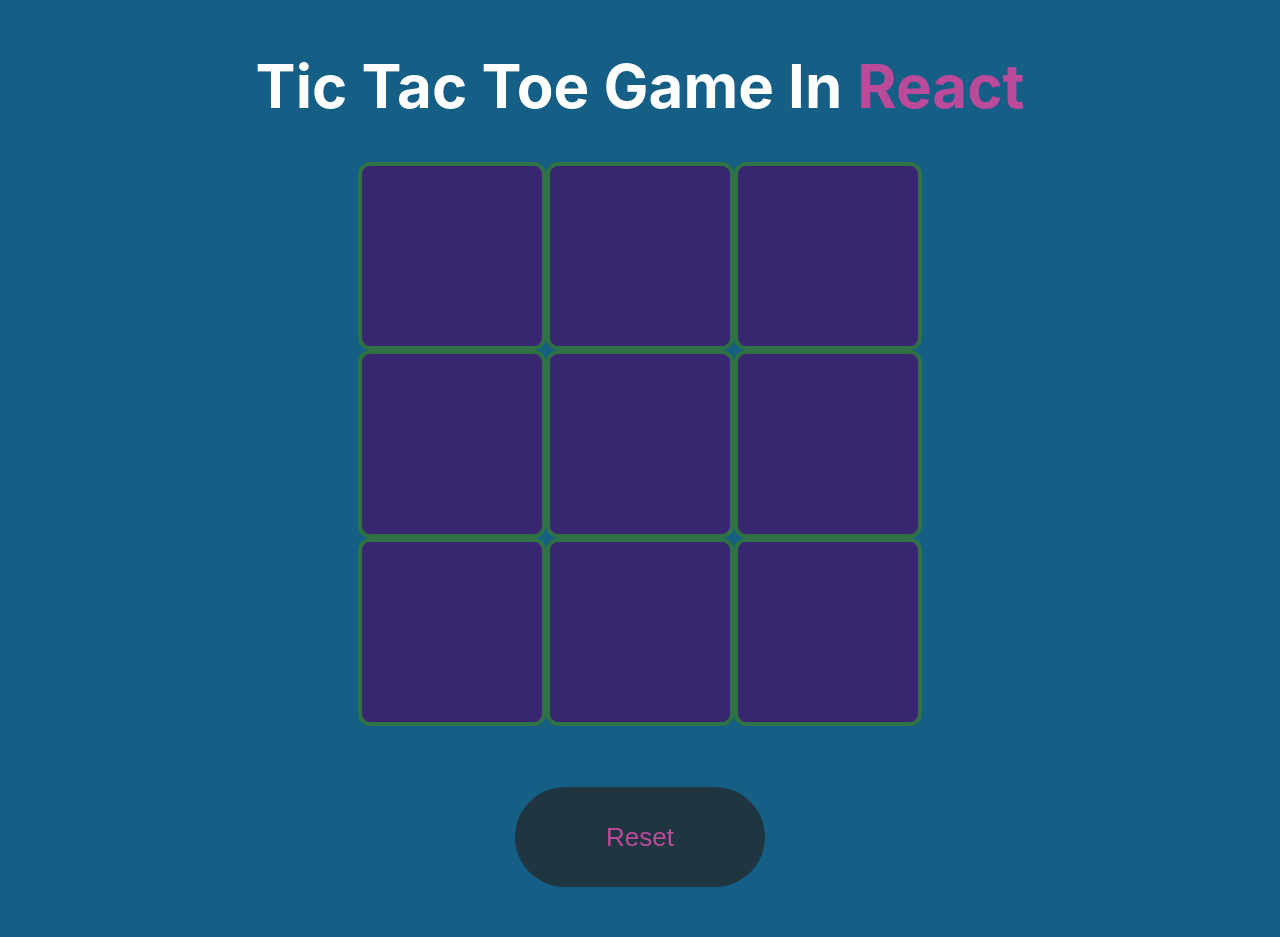
Repository: GigaByte6610/TicTacToe
Page: /
The author's editor kept a copy of each file at every save. The page is drawn from the files as they stood at one save, then again after the next save.
The browser window is 1280 px wide. The pictures show the whole page.
The project was rebuilt for these pictures with package versions that can differ from the ones it lists, and the page was loaded fresh each time. Also part of the build but not shown: src/App.css.

Above is the page before, as saved 2025-02-01 07:18:51.

### public/index.html
<!DOCTYPE html>
<html lang="en">

<head>
    <meta charset="utf-8" />
    <link rel="icon" href="%PUBLIC_URL%/favicon.ico" />
    <meta name="viewport" content="width=device-width, initial-scale=1" />
    <meta name="theme-color" content="#000000" />
    <meta name="description" content="Web site created using create-react-app" />
    <link rel="apple-touch-icon" href="%PUBLIC_URL%/logo192.png" />
    <!--
      manifest.json provides metadata used when your web app is installed on a
      user's mobile device or desktop. See https://developers.google.com/web/fundamentals/web-app-manifest/
    -->
    <link rel="manifest" href="%PUBLIC_URL%/manifest.json" />
    <!--
      Notice the use of %PUBLIC_URL% in the tags above.
      It will be replaced with the URL of the `public` folder during the build.
      Only files inside the `public` folder can be referenced from the HTML.

      Unlike "/favicon.ico" or "favicon.ico", "%PUBLIC_URL%/favicon.ico" will
      work correctly both with client-side routing and a non-root public URL.
      Learn how to configure a non-root public URL by running `npm run build`.
    -->
    <title>TicTacToe</title>
</head>

<body>
    <noscript>You need to enable JavaScript to run this app.</noscript>
    <div id="root"></div>
    <!--
      This HTML file is a template.
      If you open it directly in the browser, you will see an empty page.

      You can add webfonts, meta tags, or analytics to this file.
      The build step will place the bundled scripts into the <body> tag.

      To begin the development, run `npm start` or `yarn start`.
      To create a production bundle, use `npm run build` or `yarn build`.
    -->
</body>

</html>

### src/index.css
body {
    margin: 0;
    font-family: -apple-system, BlinkMacSystemFont, 'Segoe UI', 'Roboto', 'Oxygen', 'Ubuntu', 'Cantarell', 'Fira Sans', 'Droid Sans', 'Helvetica Neue', sans-serif;
    -webkit-font-smoothing: antialiased;
    -moz-osx-font-smoothing: grayscale;
    background: #155f87;
}

code {
    font-family: source-code-pro, Menlo, Monaco, Consolas, 'Courier New', monospace;
}

### src/App.js
import './App.css';
import TicTacToe from './Components/TicTacToe/TicTacToe'; // Ensure the path is correct


function App() {
    return ( <
        div >
        <
        TicTacToe / >
        <
        /div>
    );

}

export default App;

### src/Components/TicTacToe/TicTacToe.jsx
import React, { useRef, useState,useEffect} from 'react'
import './TicTacToe.css'

import cross from '../Assets/cross.png';
import circle from '../Assets/circle.png';


const TicTacToe = () => {
    let [count,setCount]=useState(0);
    let[lock,setLock]=useState(false);
    let titleRef=useRef(null);
    const [data, setData] = useState(["", "", "", "", "", "", "", "", ""]);
    useEffect(() => {
        checkWin();
    }, [data]);
    const toggle = (e,num)=>{
        if(lock){
            return 0;
    }
    let newData = [...data];
    if(count%2===0){
        e.target.innerHtml=`<img src="${cross}" />`;
        newData[num]="X";
        setCount(++count);

    }
    else{
        e.target.innerHtml=`<img src="${circle}" />`;
        newData[num]="0";
        setCount(++count);
    }
    setData(newData);


}
const checkWin=()=>{
    if(data[0]===data[1] && data[1]===data[2] && data[2]!==""){
        won(data[2]);
    }
    else if(data[3]===data[4] && data[4]===data[5] && data[5]!==""){
        won(data[5]);
    }
    else if(data[6]===data[7] && data[7]===data[8] && data[8]!==""){
        won(data[8]);
    }
    else if(data[0]===data[3] && data[3]===data[6] && data[6]!==""){
        won(data[6]);
    }
    else if(data[1]===data[4] && data[4]===data[7] && data[7]!==""){
        won(data[7]);
    }


    else if(data[2]===data[5] && data[5]===data[8] && data[8]!==""){
        won(data[8]);
    }

    else if(data[0]===data[4] && data[4]===data[8] && data[8]!==""){
        won(data[8]);
    }

    else if(data[0]===data[1] && data[1]===data[2] && data[2]!==""){
        won(data[2]);
    }
    else if(data[2]===data[4] && data[4]===data[6] && data[6]!==""){
        won(data[6]);
    }

}
const won=(winner)=>{
    setLock(true);
    if(winner==="X"){
        titleRef.current.innerHTML=`Congratulations :<img src=${cross} /> Won`;
    }
    else
    {
        titleRef.current.innerHTML=`Congratulations :<img src=${circle} />`;
    }
}
const reset=()=>{
    setLock(false);
    setData(["", "", "", "", "", "", "", "", ""]);
    titleRef.current.innerHTML=`Tic Tac Toe Game In <span>React</span>`;
}

  return (

    <div className='container'>
        <h1 className='title' ref={titleRef}>Tic Tac Toe Game In <span>React</span></h1>
        < div className='board'>
        <div className="row1">
         <div className="boxes" onClick={(e) => toggle(e, 0)}>{data[0] && <img src={data[0] === "X" ? cross : circle} alt={data[0]} />}</div>
          <div className="boxes" onClick={(e) => toggle(e, 1)}>{data[1] && <img src={data[1] === "X" ? cross : circle} alt={data[1]} />}</div>
          <div className="boxes" onClick={(e) => toggle(e, 2)}>{data[2] && <img src={data[2] === "X" ? cross : circle} alt={data[2]} />}</div>
        </div>
        <div className="row2">
          <div className="boxes" onClick={(e) => toggle(e, 3)}>{data[3] && <img src={data[3] === "X" ? cross : circle} alt={data[3]} />}</div>
          <div className="boxes" onClick={(e) => toggle(e, 4)}>{data[4] && <img src={data[4] === "X" ? cross : circle} alt={data[4]} />}</div>
          <div className="boxes" onClick={(e) => toggle(e, 5)}>{data[5] && <img src={data[5] === "X" ? cross : circle} alt={data[5]} />}</div>
        </div>
        <div className="row3">
          <div className="boxes" onClick={(e) => toggle(e, 6)}>{data[6] && <img src={data[6] === "X" ? cross : circle} alt={data[6]} />}</div>
          <div className="boxes" onClick={(e) => toggle(e, 7)}>{data[7] && <img src={data[7] === "X" ? cross : circle} alt={data[7]} />}</div>
          <div className="boxes" onClick={(e) => toggle(e, 8)}>{data[8] && <img src={data[8] === "X" ? cross : circle} alt={data[8]} />}</div>
        </div>
        </div>

        <button className='reset' onClick={()=>{reset()}}>Reset</button>





    </div>
  )
}

export default TicTacToe;

### src/Components/TicTacToe/TicTacToe.css
.container {
    text-align: center;
}

.title {
    margin-top: 50px;
    color: white;
    font-size: 60px;
    display: flex;
    justify-content: center;
    align-items: center;
}

.title span {
    color: #bc4a9a;
    padding-left: 15px;
}

.boxes {
    display: flex;
    height: 180px;
    width: 180px;
    background: #392670;
    border: 4px solid #2e7246;
    border-radius: 12px;
    cursor: pointer;
}

.board {
    height: 600px;
    width: 564px;
    display: flex;
    margin: auto;
}

.boxes img {
    margin: 50px 50px;
}

.title img {
    padding: 20px 20px;
    height: 50px;
}

.reset {
    width: 250px;
    height: 100px;
    border: none;
    outline: none;
    cursor: pointer;
    border-radius: 50px;
    background: #1f3540;
    font-size: 26px;
    color: #bc4a9a;
    margin-top: 25px;
    margin-bottom: 50px;
}

Loaded but not shown: src/index.js (common file); src/reportWebVitals.js (common file)

After the next save:
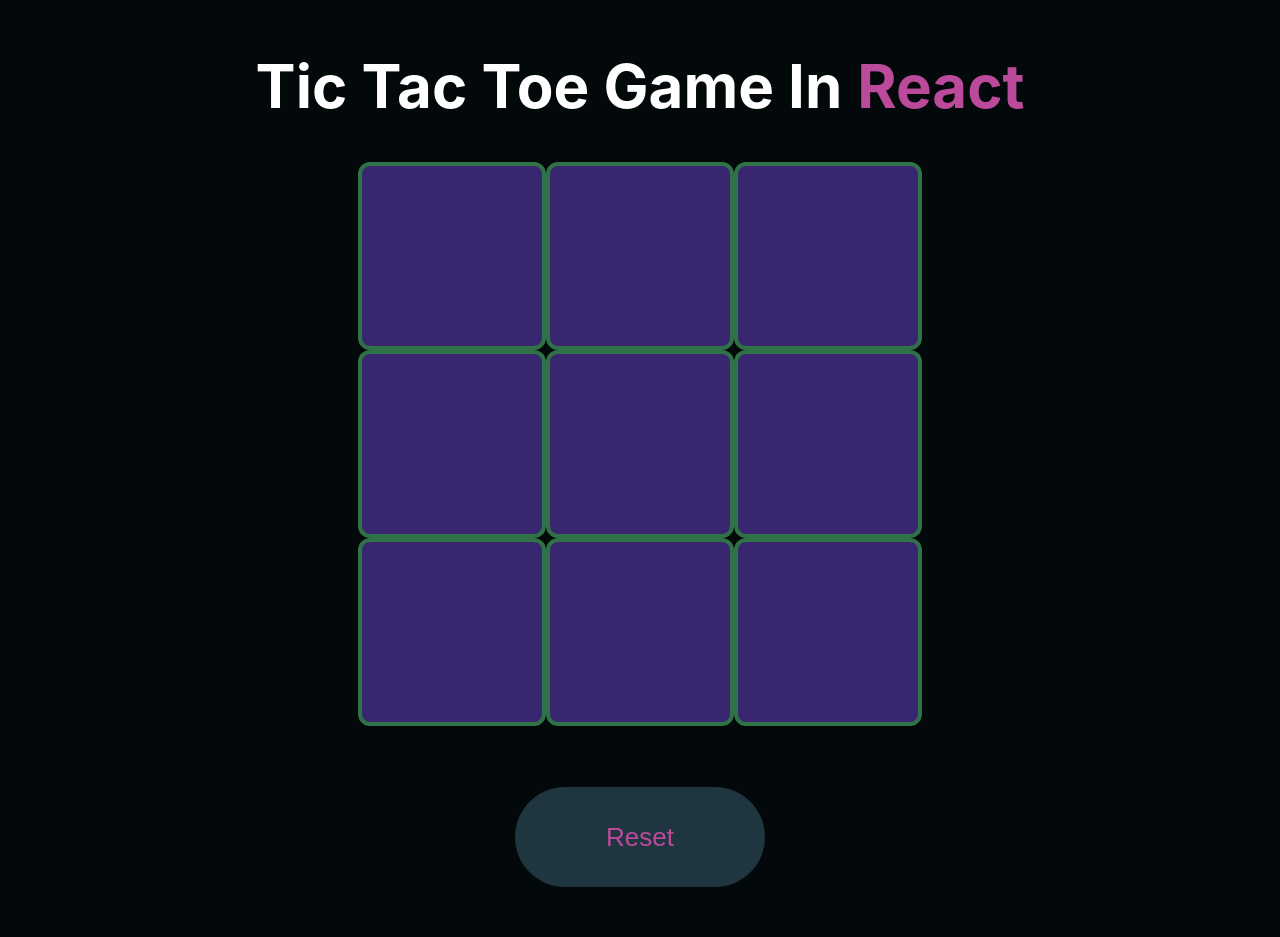
Saved 22 s later.
--- a/src/index.css
+++ b/src/index.css
@@ -3,7 +3,7 @@
     font-family: -apple-system, BlinkMacSystemFont, 'Segoe UI', 'Roboto', 'Oxygen', 'Ubuntu', 'Cantarell', 'Fira Sans', 'Droid Sans', 'Helvetica Neue', sans-serif;
     -webkit-font-smoothing: antialiased;
     -moz-osx-font-smoothing: grayscale;
-    background: #155f87;
+    background: #03080b;
 }
 
 code {
